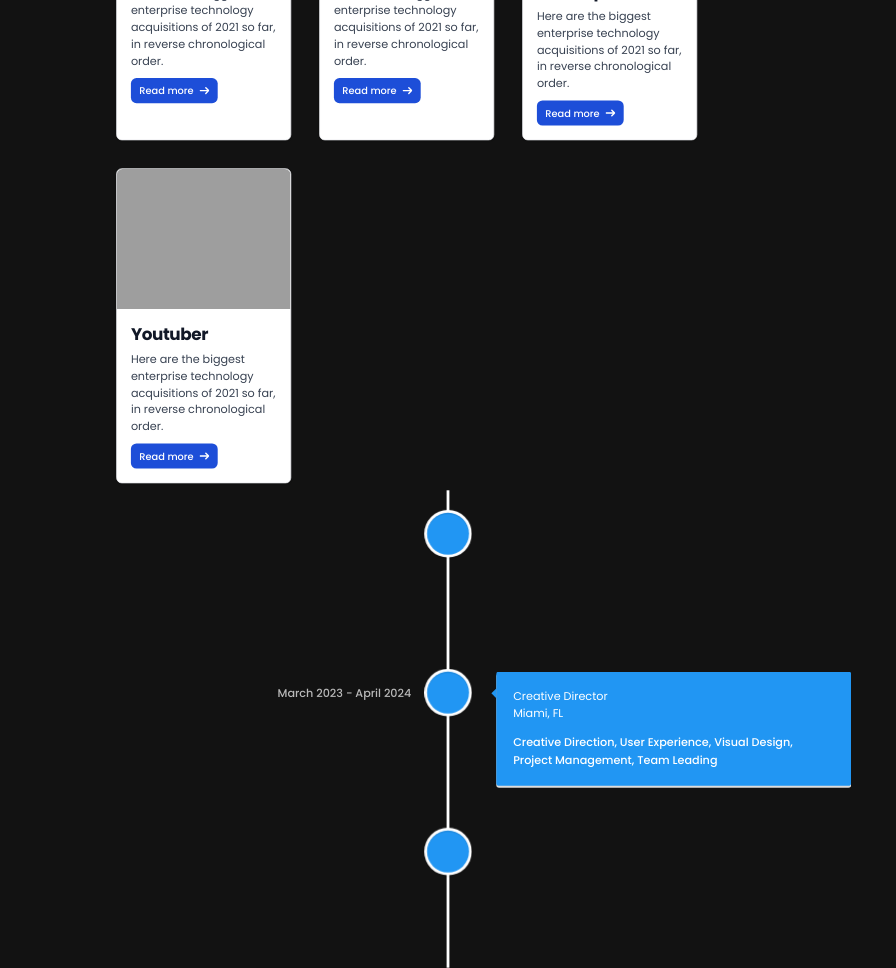
Repository: supakorn5039-boon/React-f
Page: /
The author's editor kept a copy of each file at every save. The page is drawn from the files as they stood at one save, then again after the next save.
The browser window is 1280 px wide. The pictures show the part of the page from y = 1368 to 3288 px (the page is 2751 px tall before and 3288 px after), at 70% of full size.
Pictures or frames that could not be fetched are drawn as grey boxes. The project was rebuilt for these pictures with package versions that can differ from the ones it lists, and the page was loaded fresh each time. Also part of the build but not shown: vite.config.js.

Above is the page before, as saved 2024-01-09 22:36:27.

### src/App.jsx
import Hero from "./components/Hero";
import About from "./components/About";
import Experience from "./components/Experience";
import Navbar from "./components/Navbar";

export default function App() {
  return (
    <div>
      <Navbar />
      <Hero />
      <About />
      <Experience />
    </div>
  );
}

### src/index.css
@import url("https://fonts.googleapis.com/css2?family=Poppins:wght@100;200;300;400;500;600;700;800;900&display=swap");

@tailwind base;
@tailwind components;
@tailwind utilities;

* {
  margin: 0;
  padding: 0;
  box-sizing: border-box;
  font-family: "Poppins", sans-serif;
  scroll-behavior: smooth;
  color-scheme: dark;
}
.bg-boon {
  background-image: url("./assets/gingerbread-man.png");
}
.section {
  position: absolute;
  inset: 0;
  top: 120px;
  max-width: 7xl;
  margin: 0 auto;
  padding-left: 6rem;
  padding-right: 6rem;
  display: flex;
  flex-direction: row;
  align-items: flex-start;
  gap: 1.25rem; /* This corresponds to 5 units in "rem" */
}
.heroHeadText {
  font-weight: 900;
  color: white;
  font-size: 80px;
  line-height: 98px;
  margin-top: 2rem;
}

@media (max-width: 1023px) {
  .heroHeadText {
    font-size: 60px;
  }
}

@media (max-width: 767px) {
  .heroHeadText {
    font-size: 50px;
  }
}

@media (max-width: 575px) {
  .heroHeadText {
    font-size: 40px;
  }
}

.heroSubText {
  font-weight: 500;
  color: #dfd9ff;
  font-size: 30px;
  line-height: 40px;
}

@media (max-width: 1023px) {
  .heroSubText {
    font-size: 26px;
  }
}

@media (max-width: 767px) {
  .heroSubText {
    font-size: 20px;
  }
}

@media (max-width: 575px) {
  .heroSubText {
    font-size: 16px;
  }
}

.sectionHeadText {
  color: white;
  font-weight: 900;
  font-size: 60px;
}

@media (max-width: 767px) {
  .sectionHeadText {
    font-size: 50px;
  }
}

@media (max-width: 575px) {
  .sectionHeadText {
    font-size: 40px;
  }
}

.sectionSubText {
  font-size: 18px;
  text-transform: uppercase;
  letter-spacing: 0.1em;
  color: var(--text-secondary);
}

@media (max-width: 767px) {
  .sectionSubText {
    font-size: 18px;
  }
}

.about-head {
  padding: 10px 6px; /* Default padding values */
  max-width: calc(100% - 20rem); /* Adjust the value according to your needs */
  margin: 0 auto;
  position: relative;
  z-index: 0;
}

@media (min-width: 640px) {
  .myElement {
    padding: 16px 6px; /* Updated padding for sm screen size */
  }
}

.about-text {
  margin-top: 1rem; /* Equivalent to mt-4 */
  color: white; /* Assuming --text-secondary is defined */
  font-size: 17px;
  max-width: 48rem; /* Equivalent to max-w-3xl */
  line-height: 1.875rem; /* Equivalent to leading-[30px] */
}

### src/components/Hero.jsx
export default function Hero() {
  return (
    <section className="relative w-full h-screen mx-auto bg-boon">
      <div className="absolute inset-0 top-[120px] mx-w-7xl mx-auto sm:px-16 px-6 flex flex-auto">
        <div>
          <h1 className="heroHeadText">
            Hello i am <span className="text-[#16c734]">NEBULA</span>
          </h1>
          <p className="heroSubText mt-2 text-white-100">
            I am Web developer <br />
            Full-Stack , Machine Learning
          </p>
        </div>
      </div>
    </section>
  );
}

### src/components/About.jsx
/* eslint-disable react/prop-types */
import { services } from "../data/Data";

const AboutCard = ({ item }) => {
  return (
    <div className="xs:w-[250px] max-w-sm bg-white border border-gray-200 rounded-lg shadow dark:bg-gray-800 dark:border-gray-700">
      <a href="#">
        <img
          style={{ width: "100%", height: "200px" }}
          className="rounded-t-lg"
          src={item.image}
          alt=""
        />
      </a>
      <div className="p-5">
        <a href="#">
          <h5 className="mb-2 text-2xl font-bold tracking-tight text-gray-900 dark:text-white">
            {item.title}
          </h5>
        </a>
        <p className="mb-3 font-normal text-gray-700 dark:text-gray-400">
          Here are the biggest enterprise technology acquisitions of 2021 so
          far, in reverse chronological order.
        </p>
        <a
          href="#"
          className="inline-flex items-center px-3 py-2 text-sm font-medium text-center text-white bg-blue-700 rounded-lg hover:bg-blue-800 focus:ring-4 focus:outline-none focus:ring-blue-300 dark:bg-blue-600 dark:hover:bg-blue-700 dark:focus:ring-blue-800"
        >
          Read more
          <svg
            className="rtl:rotate-180 w-3.5 h-3.5 ms-2"
            aria-hidden="true"
            xmlns="http://www.w3.org/2000/svg"
            fill="none"
            viewBox="0 0 14 10"
          >
            <path
              stroke="currentColor"
              strokeLinecap="round"
              strokeLinejoin="round"
              strokeWidth="2"
              d="M1 5h12m0 0L9 1m4 4L9 9"
            />
          </svg>
        </a>
      </div>
    </div>
  );
};

const About = () => {
  return (
    <div className="about-head">
      <div className="sectionSubText">Introduction</div>
      <h2 className="sectionHeadText">Overview</h2>
      <div className="about-text">
        I am a Software Engineering and web developer and data Engineering I am
        a Software Engineering and web developer and data Engineering I am a
        Software Engineering and web developer and data Engineering I am a
        Software Engineering and web developer and data Engineering I am a
        Software Engineering and web developer and data Engineering{" "}
      </div>

      <div className="mt-10 flex flex-wrap gap-10">
        {services.map((item, index) => {
          return <AboutCard item={item} key={index} />;
        })}
      </div>
    </div>
  );
};

export default About;

### src/components/Experience.jsx
/* eslint-disable react/prop-types */
import {
  VerticalTimeline,
  VerticalTimelineElement,
} from "react-vertical-timeline-component";
import "react-vertical-timeline-component/style.min.css";

import { experiences } from "../data/Data";

const ExCard = ({ item }) => {
  return (
    <VerticalTimelineElement
      className="vertical-timeline-element--work"
      contentStyle={{ background: "rgb(33, 150, 243)", color: "#fff" }}
      contentArrowStyle={{ borderRight: "7px solid  rgb(33, 150, 243)" }}
      date={item.date}
      iconStyle={{ background: "rgb(33, 150, 243)", color: "#fff" }}
    >
      <h3 className="vertical-timeline-element-title">Creative Director</h3>
      <h4 className="vertical-timeline-element-subtitle">Miami, FL</h4>
      <p>
        Creative Direction, User Experience, Visual Design, Project Management,
        Team Leading
      </p>
    </VerticalTimelineElement>
  );
};

const Experience = () => {
  return (
    <div>
      <VerticalTimeline>
        {experiences.map((item, index) => (
          <ExCard key={index} item={item} />
        ))}
      </VerticalTimeline>
    </div>
  );
};

export default Experience;

### src/components/Navbar.jsx
import { Fragment } from "react";
import { Disclosure, Menu, Transition } from "@headlessui/react";
import { Bars3Icon, BellIcon, XMarkIcon } from "@heroicons/react/24/outline";
import boon from "../assets/Photo.jpg";
const navigation = [
  { name: "About", href: "#about", current: true },
  { name: "Experience", href: "#experience", current: false },
  { name: "Hero", href: "#hero", current: false },
];

function classNames(...classes) {
  return classes.filter(Boolean).join(" ");
}

export default function Navbar() {
  return (
    <Disclosure as="nav" className="bg-gray-800">
      {({ open }) => (
        <>
          <div className="mx-auto max-w-7xl px-2 sm:px-6 lg:px-8">
            <div className="relative flex h-16 items-center justify-between">
              <div className="absolute inset-y-0 left-0 flex items-center sm:hidden">
                {/* Mobile menu button*/}
                <Disclosure.Button className="relative inline-flex items-center justify-center rounded-md p-2 text-gray-400 hover:bg-gray-700 hover:text-white focus:outline-none focus:ring-2 focus:ring-inset focus:ring-white">
                  <span className="absolute -inset-0.5" />
                  <span className="sr-only">Open main menu</span>
                  {open ? (
                    <XMarkIcon className="block h-6 w-6" aria-hidden="true" />
                  ) : (
                    <Bars3Icon className="block h-6 w-6" aria-hidden="true" />
                  )}
                </Disclosure.Button>
              </div>
              <div className="flex flex-1 items-center justify-center sm:items-stretch sm:justify-start">
                <div className="flex flex-shrink-0 items-center">
                  <img
                    className="h-8 w-auto"
                    src="https://tailwindui.com/img/logos/mark.svg?color=indigo&shade=500"
                    alt="Your Company"
                  />
                </div>
                <div className="hidden sm:ml-6 sm:block">
                  <div className="flex space-x-4">
                    {navigation.map((item) => (
                      <a
                        key={item.name}
                        href={item.href}
                        className={classNames(
                          item.current
                            ? "bg-gray-900 text-white"
                            : "text-gray-300 hover:bg-gray-700 hover:text-white",
                          "rounded-md px-3 py-2 text-sm font-medium"
                        )}
                        aria-current={item.current ? "page" : undefined}
                      >
                        {item.name}
                      </a>
                    ))}
                  </div>
                </div>
              </div>
              <div className="absolute inset-y-0 right-0 flex items-center pr-2 sm:static sm:inset-auto sm:ml-6 sm:pr-0">
                <button
                  type="button"
                  className="relative rounded-full bg-gray-800 p-1 text-gray-400 hover:text-white focus:outline-none focus:ring-2 focus:ring-white focus:ring-offset-2 focus:ring-offset-gray-800"
                >
                  <span className="absolute -inset-1.5" />
                  <span className="sr-only">View notifications</span>
                  <BellIcon className="h-6 w-6" aria-hidden="true" />
                </button>

                {/* Profile dropdown */}
                <Menu as="div" className="relative ml-3">
                  <div>
                    <Menu.Button className="relative flex rounded-full bg-gray-800 text-sm focus:outline-none focus:ring-2 focus:ring-white focus:ring-offset-2 focus:ring-offset-gray-800">
                      <span className="absolute -inset-1.5" />
                      <span className="sr-only">Open user menu</span>
                      <img className="h-8 w-8 rounded-full" src={boon} alt="" />
                    </Menu.Button>
                  </div>
                  <Transition
                    as={Fragment}
                    enter="transition ease-out duration-100"
                    enterFrom="transform opacity-0 scale-95"
                    enterTo="transform opacity-100 scale-100"
                    leave="transition ease-in duration-75"
                    leaveFrom="transform opacity-100 scale-100"
                    leaveTo="transform opacity-0 scale-95"
                  >
                    <Menu.Items className="absolute right-0 z-10 mt-2 w-48 origin-top-right rounded-md bg-white py-1 shadow-lg ring-1 ring-black ring-opacity-5 focus:outline-none">
                      <Menu.Item>
                        {({ active }) => (
                          <a
                            href="#"
                            className={classNames(
                              active ? "bg-gray-100" : "",
                              "block px-4 py-2 text-sm text-gray-700"
                            )}
                          >
                            Your Profile
                          </a>
                        )}
                      </Menu.Item>
                      <Menu.Item>
                        {({ active }) => (
                          <a
                            href="#"
                            className={classNames(
                              active ? "bg-gray-100" : "",
                              "block px-4 py-2 text-sm text-gray-700"
                            )}
                          >
                            Settings
                          </a>
                        )}
                      </Menu.Item>
                      <Menu.Item>
                        {({ active }) => (
                          <a
                            href="#"
                            className={classNames(
                              active ? "bg-gray-100" : "",
                              "block px-4 py-2 text-sm text-gray-700"
                            )}
                          >
                            Sign out
                          </a>
                        )}
                      </Menu.Item>
                    </Menu.Items>
                  </Transition>
                </Menu>
              </div>
            </div>
          </div>

          <Disclosure.Panel className="sm:hidden">
            <div className="space-y-1 px-2 pb-3 pt-2">
              {navigation.map((item) => (
                <Disclosure.Button
                  key={item.name}
                  as="a"
                  href={item.href}
                  className={classNames(
                    item.current
                      ? "bg-gray-900 text-white"
                      : "text-gray-300 hover:bg-gray-700 hover:text-white",
                    "block rounded-md px-3 py-2 text-base font-medium"
                  )}
                  aria-current={item.current ? "page" : undefined}
                >
                  {item.name}
                </Disclosure.Button>
              ))}
            </div>
          </Disclosure.Panel>
        </>
      )}
    </Disclosure>
  );
}

### src/data/Data.js
export const services = [
  {
    title: "Web Developer",
    image: "https://source.unsplash.com/random?wallpapers",
  },
  {
    title: "Web GIS",
    image: "https://source.unsplash.com/random?wallpapers",
  },
  {
    title: "Backend Developer",
    image: "https://source.unsplash.com/random?wallpapers",
  },
  {
    title: "Youtuber",
    image: "https://source.unsplash.com/random?wallpapers",
  },
];

export const experiences = [
  {
    title: "React",
    company_name: "RTAF",
    iconBg: "#383E56",
    icon: "https://source.unsplash.com/random?wallpapers",
    date: "March 2022 - April 2023",
    points: [
      "Lorem ipsum dolor sit amet consectetur, adipisicing elit. Tenetur vitae voluptas voluptatum, rerum deleniti enim quis repellat ipsum. Deleniti eius quo esse ea minima quisquam recusandae, possimus consectetur necessitatibus accusantium!",
      "Lorem ipsum dolor sit amet consectetur, adipisicing elit. Tenetur vitae voluptas voluptatum, rerum deleniti enim quis repellat ipsum. Deleniti eius quo esse ea minima quisquam recusandae, possimus consectetur necessitatibus accusantium!",
    ],
  },
  {
    title: "React",
    company_name: "RTAF",
    iconBg: "#383E56",
    icon: "https://source.unsplash.com/random?wallpapers",
    date: "March 2023 - April 2024",
    points: [
      "Lorem ipsum dolor sit amet consectetur, adipisicing elit. Tenetur vitae voluptas voluptatum, rerum deleniti enim quis repellat ipsum. Deleniti eius quo esse ea minima quisquam recusandae, possimus consectetur necessitatibus accusantium!",
      "Lorem ipsum dolor sit amet consectetur, adipisicing elit. Tenetur vitae voluptas voluptatum, rerum deleniti enim quis repellat ipsum. Deleniti eius quo esse ea minima quisquam recusandae, possimus consectetur necessitatibus accusantium!",
    ],
  },
  {
    title: "React",
    company_name: "RTAF",
    iconBg: "#383E56",
    icon: "https://source.unsplash.com/random?wallpapers",
    date: "March 2024 - Current",
    points: [
      "Lorem ipsum dolor sit amet consectetur, adipisicing elit. Tenetur vitae voluptas voluptatum, rerum deleniti enim quis repellat ipsum. Deleniti eius quo esse ea minima quisquam recusandae, possimus consectetur necessitatibus accusantium!",
      "Lorem ipsum dolor sit amet consectetur, adipisicing elit. Tenetur vitae voluptas voluptatum, rerum deleniti enim quis repellat ipsum. Deleniti eius quo esse ea minima quisquam recusandae, possimus consectetur necessitatibus accusantium!",
    ],
  },
];

### tailwind.config.js
/** @type {import('tailwindcss').Config} */
export default {
  content: ["./index.html", "./src/**/*.{js,ts,jsx,tsx}"],
  theme: {
    extend: {
      screens: {
        xs: "450px",
      },
    },
  },
  plugins: [],
};

Loaded but not shown: index.html (common file); src/main.jsx (common file)

After the next save:
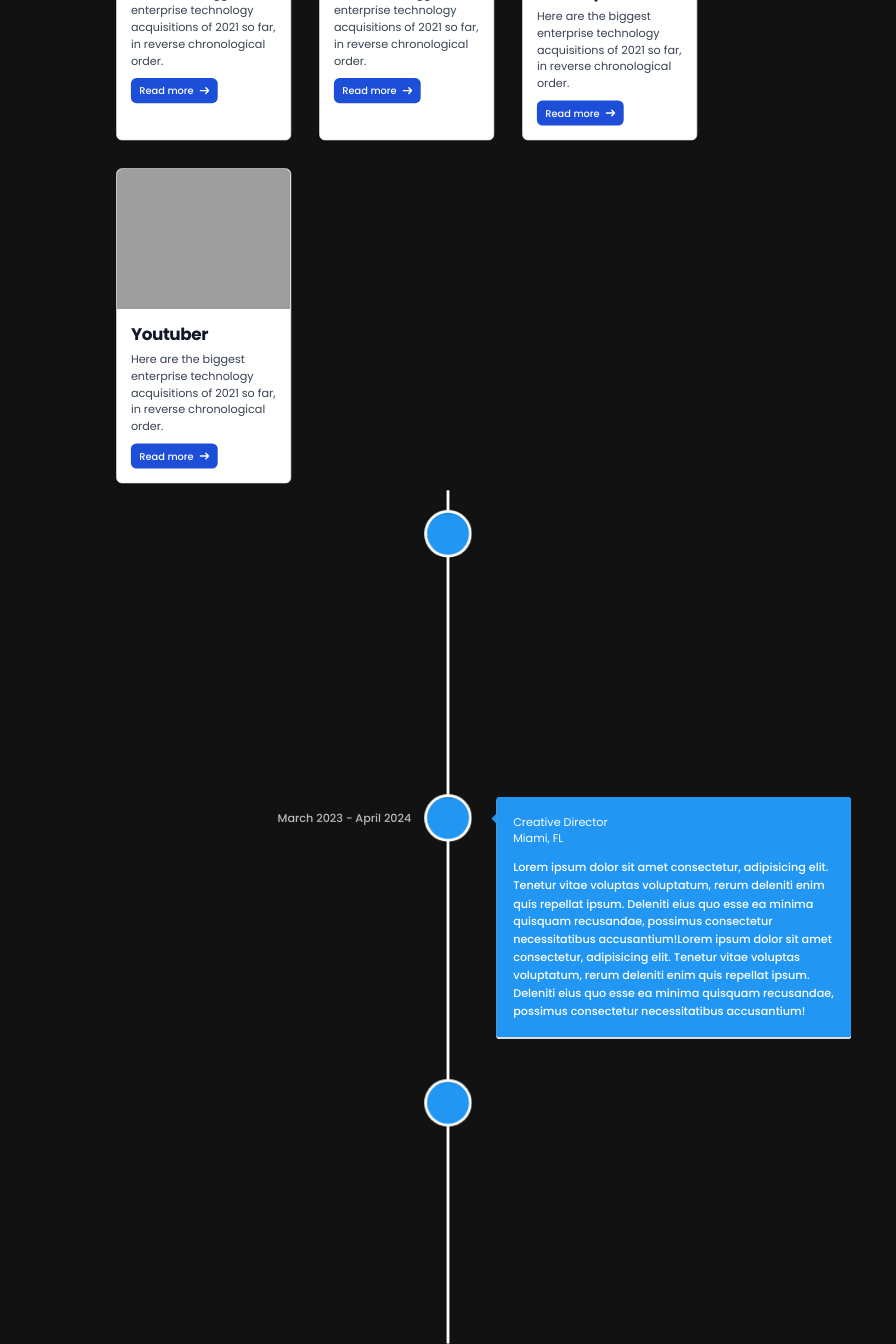
Saved 18 s later.
--- a/src/components/Experience.jsx
+++ b/src/components/Experience.jsx
@@ -18,10 +18,7 @@ const ExCard = ({ item }) => {
     >
       <h3 className="vertical-timeline-element-title">Creative Director</h3>
       <h4 className="vertical-timeline-element-subtitle">Miami, FL</h4>
-      <p>
-        Creative Direction, User Experience, Visual Design, Project Management,
-        Team Leading
-      </p>
+      <p>{item.points}</p>
     </VerticalTimelineElement>
   );
 };
